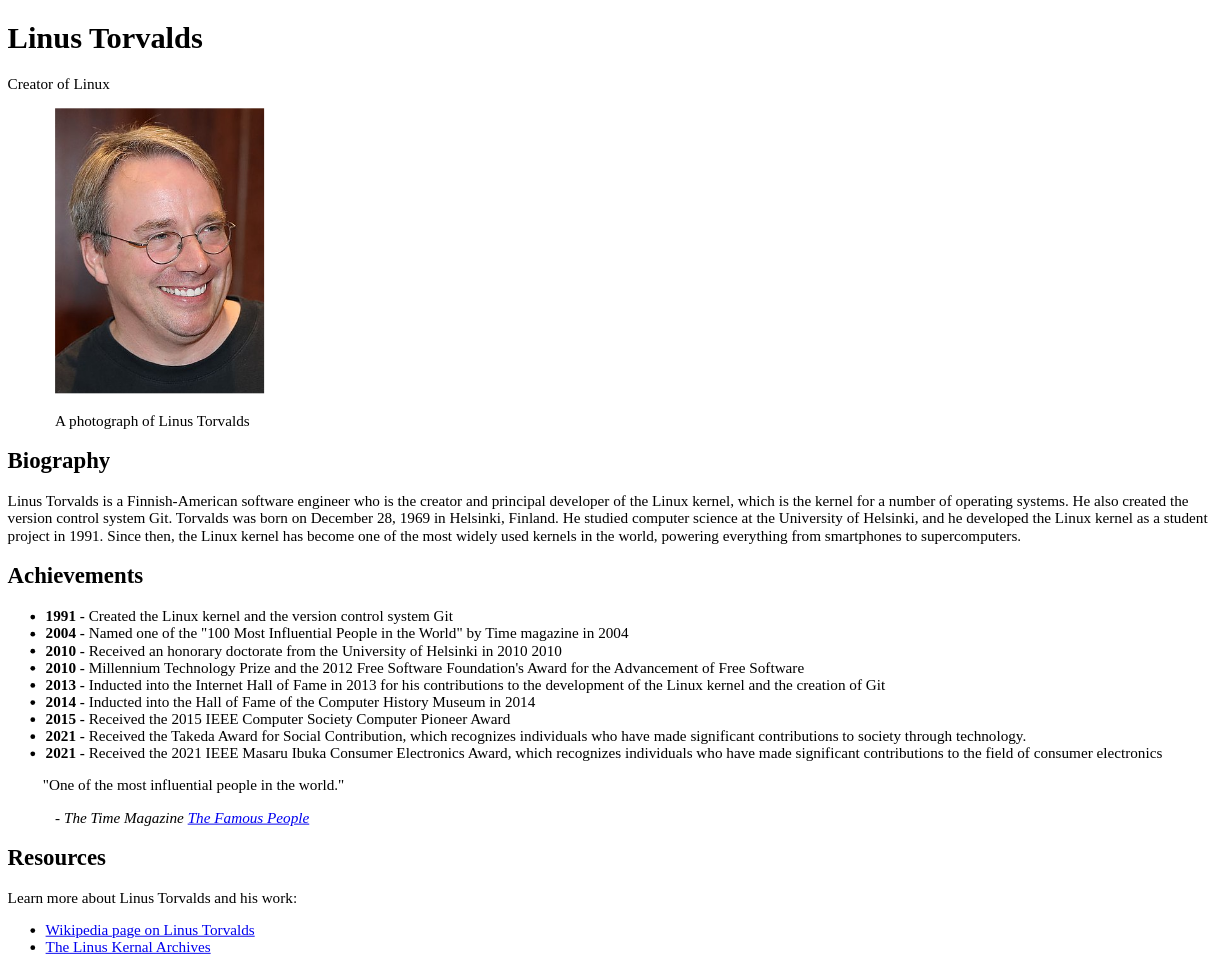
Repository: shoaib-1729/Web-Dev-Course_Dot-Batch_Love-Babbar
Page: 02_HTML Session Basics-to-Pro Level/03_HTML-Basics-Session-III/03_Code-Practice-Session-3/portfolio.html
The author's editor kept a copy of each file at every save. The page is drawn from the files as they stood at one save, then again after the next save.
The browser window is 1280 px wide. The pictures show the whole page, at 95% of full size.

Above is the page before, as saved 2023-07-29 14:34:42.

After the next save:
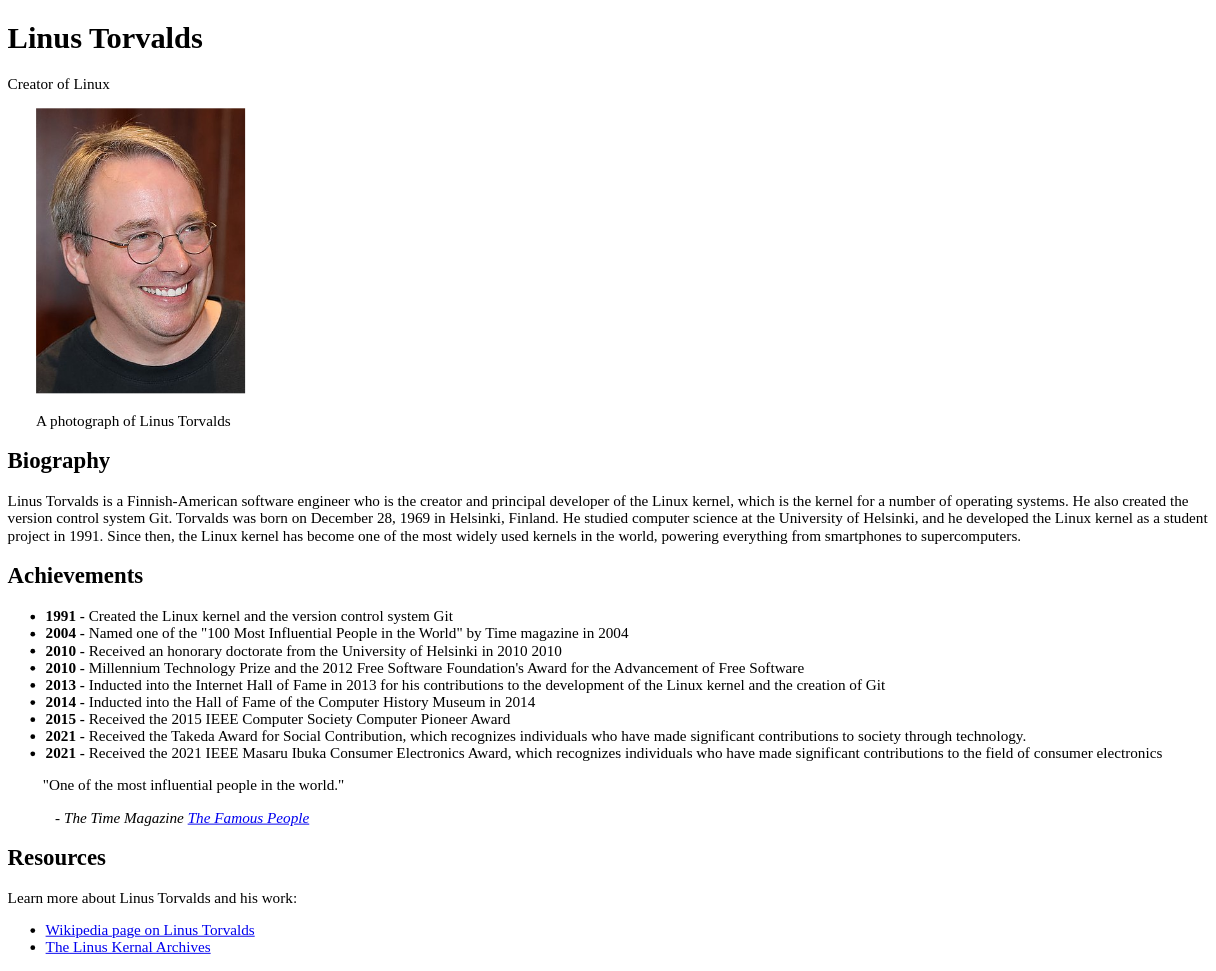
Saved 19 s later.
--- a/02_HTML Session Basics-to-Pro Level/03_HTML-Basics-Session-III/03_Code-Practice-Session-3/portfolio.html
+++ b/02_HTML Session Basics-to-Pro Level/03_HTML-Basics-Session-III/03_Code-Practice-Session-3/portfolio.html
@@ -12,7 +12,7 @@
     <h1>Linus Torvalds</h1>
     <p>Creator of Linux</p>
 
-    <div style="margin-left:50px">
+    <div style="margin-left:30px">
 
         <img src="images/Linus-Torvalds.jpeg" alt="Linus-Torvalds-Image" height="300px">
         <p>A photograph of Linus Torvalds</p>
